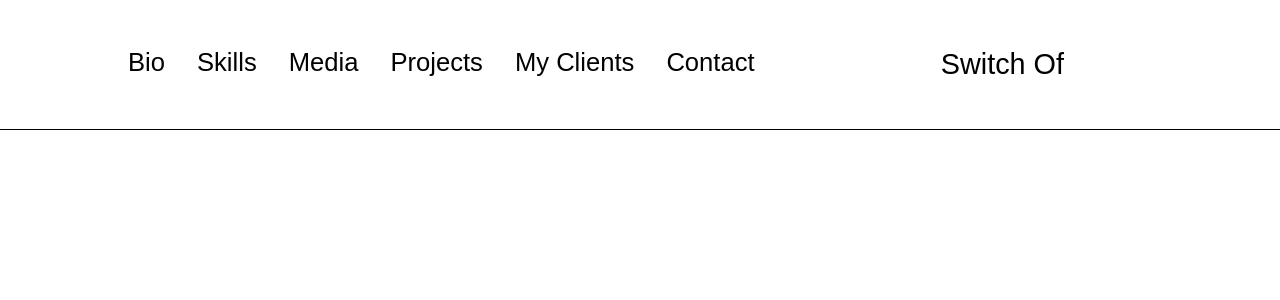
Repository: Eslam0Mohamed/portfolio
Page: index.html
The author's editor kept a copy of each file at every save. The page is drawn from the files as they stood at one save, then again after a run of saves.
The browser window is 1280 px wide. The pictures show the whole page.

Above is the page before, as saved 2024-07-13 16:29:57.

### index.html
<!DOCTYPE html>
<html lang="en">
<head>
    <meta charset="UTF-8">
    <meta name="viewport" content="width=device-width, initial-scale=1.0">
    <title>Eslam Mohamed</title>

    <link rel="preconnect" href="https://fonts.googleapis.com">
<link rel="preconnect" href="https://fonts.gstatic.com" crossorigin>
<link href="https://fonts.googleapis.com/css2?family=Raleway:ital,wght@0,100..900;1,100..900&display=swap" rel="stylesheet">
<link rel="preconnect" href="https://fonts.googleapis.com">
<link rel="preconnect" href="https://fonts.gstatic.com" crossorigin>
<link href="https://fonts.googleapis.com/css2?family=Poppins:ital,wght@0,100;0,200;0,300;0,400;0,500;0,600;0,700;0,800;0,900;1,100;1,200;1,300;1,400;1,500;1,600;1,700;1,800;1,900&family=Raleway:ital,wght@0,100..900;1,100..900&display=swap" rel="stylesheet">
<link rel="stylesheet" href="css/style.css">
</head>
<body>
    <div class="container">
        <header class="header">
            <nav class="navigation">
                <ul class="navigation__list">
                    <li><a href="" class="navigation__link">Bio</a></li>
                    <li><a href="" class="navigation__link">Skills</a></li>
                    <li><a href="" class="navigation__link">Media</a></li>
                    <li><a href="" class="navigation__link">Projects</a></li>
                    <li><a href="" class="navigation__link">My Clients</a></li>
                    <li><a href="" class="navigation__link">Contact</a></li>

                </ul>
            </nav>
            <div class="toggle">
                <h3 class="toggle__title">Switch Of</h3>
                <input type="checkbox" name="toggl checkbox" id="toggle" class="toggle__checkbox">
                <label for="toggle" class="toggle__label"></label>
            </div>
        </header>
    </div>
</body>
</html>

### css/style.css
:root {
    --container-width: 80vw;
    --boys: 2rem;
    --color-black: #000;
    --color-white: #fff;
    --color-blue: #2374e1;
    --color-light-blue: #1d9bf0;
    --color-dark-blue: #0a66c2;
    --color-darker-blue: #143ce8;
    --color-red: #ff0000;
    --color-green: #03a696;
    --color-grey: #f6f6f6;
    --color-dark-green: #42959b;
    --color-background: var(#ffffff);
    --color-text: var(#000000);
    --color-box-img: var(#000000);
    --color-link-bg: var(#000000);
    --color-input-border: var(#000000);
    --font-family-raleway: “Raleway“, sans-serif;
    --font-family-poppins: “Poppins“, sans-serif;
    --font-weight-regular: 400;
    --font-weight-medium: 500;
    --font-weight-semi-bold: 600;
    --font-weight-bold: 700;
    --font-size-70: 7rem;
    --font-size-65: 6.5rem;
    --font-size-40: 4rem;
    --font-size-38: 3.8rem;
    --font-size-24: 2.4rem;
    --font-size-22: 2.2rem;
    --font-size-18: 1.8rem;
    --font-size-20: 2rem;
    --font-size-15: 1.5rem;
    --transition-timing: 0.3s;
  }
*{
    padding: 0;
    margin: 0;
    box-sizing: border-box;
}
a{
    display: inline-block;
    font: inherit;

}
button{
    background-color: transparent;
    cursor: pointer;
    border: none;
}
ul,ol{
    list-style: none;
}

body{
    font-size: 1.6rem;
    font-family: var(--font-family-raleway);
    background-color: var(--color-background);
    color: var(--color-text);
}
.container{
    margin: 0 auto ;
    max-width: var(--container-width);
    /* background-color: #ff0000; */
}
.header{
    padding: 3rem 0;
    position: relative;
    display: flex;
    justify-content: center;
}
.header::before{
    content: "";
    height: 100%;
    width: 100vw;
    position: absolute;
    border-bottom: 0.1rem solid var(--color-black);
    top: 0;
    z-index: -1;
}
.navigation__list{
    display: flex;
    gap: 2rem;
}
.navigation__link:visited,
.navigation__link:link{
    text-decoration: none;
    font-weight: var(--font-weight-medium);
    color: var(--color-text);
}
.navigation__link:hover,
.navigation__link:active{
    text-decoration: underline;
    color: var(--color-text);
}
/* Start toggle */
.toggle{
    display: flex;
    gap: 1rem;
    margin-left: auto;
    /* justify-content: flex-end; */
}
.toggle__title{
    font-weight: var(--font-weight-medium);
    font-size: var(--font-size-18);
}
.toggle__checkbox{
    display: none;
}
.toggle__label{
    display: block;
    position: relative;
    width: 4.5rem;

}
/* End toggle  */

After the next 7 saves:
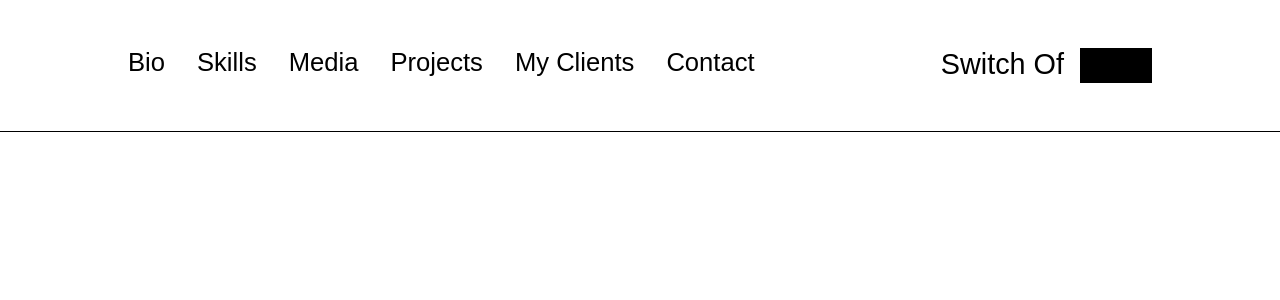
The 7 saves are shown as one change because they came seconds apart.
The last was saved 16 s later.
--- a/css/style.css
+++ b/css/style.css
@@ -111,6 +111,7 @@ body{
     display: block;
     position: relative;
     width: 4.5rem;
-
+    height: 2.2rem;
+    background-color: var(--color-black);
 }
 /* End toggle  */
